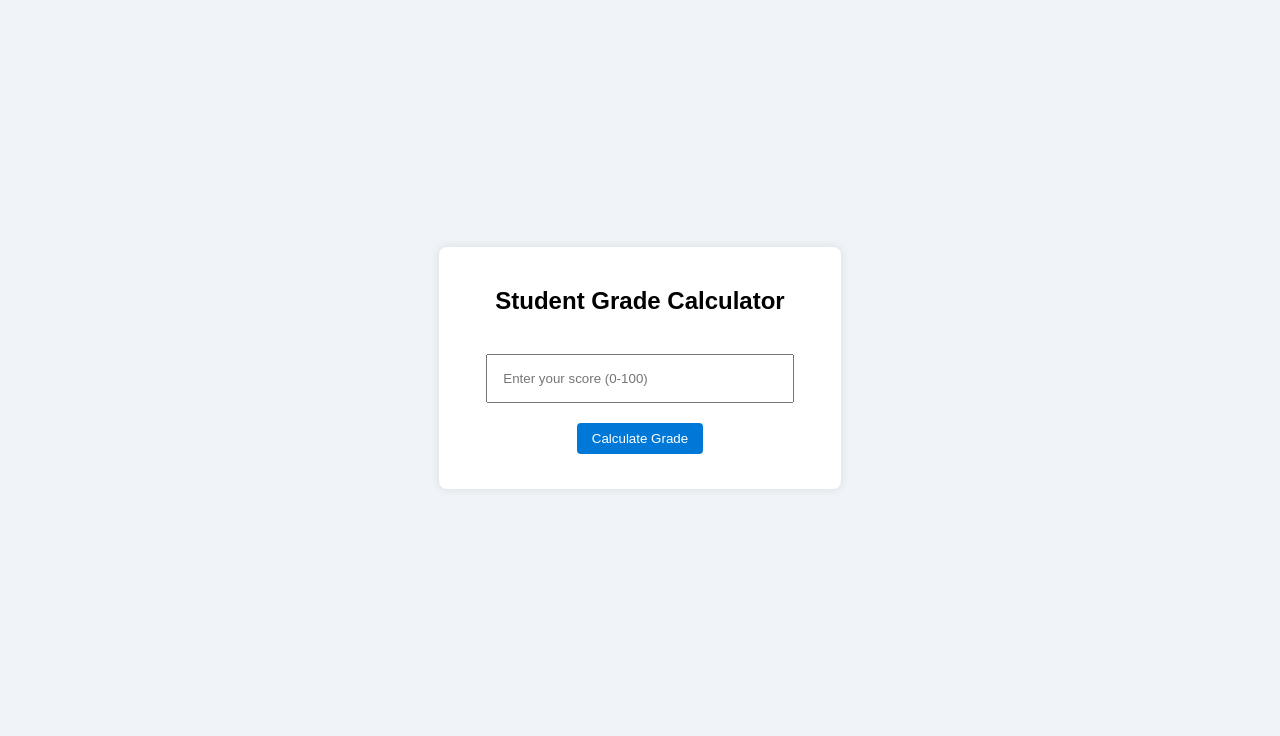
Repository: moshi704/web-dev-labs--group-1
Page: Week 5/Index.html
The author's editor kept a copy of each file at every save. The page is drawn from the files as they stood at one save, then again after the next save.
The browser window is 1280 px wide. The pictures show the whole page.

Above is the page before, as saved 2026-06-23 17:28:58.

### Week 5/Index.html
<!DOCTYPE html>
<html lang="en">
<head>
  <meta charset="UTF-8">
  <meta name="viewport" content="width=device-width, initial-scale=1.0">
  <title>Student Grade Calculator</title>
  <link rel="stylesheet" href="style.css">
</head>
<body>

  <div class="container">
    <h2>Student Grade Calculator</h2>
    <input type="number" id="scoreInput" placeholder="Enter your score (0-100)">
    <button id="calcBtn">Calculate Grade</button>
    <div id="results"></div>
  </div>
  <script src="script.js"></script>
</body>
</html>

### Week 5/style.css
body {
  font-family: Arial, sans-serif;
  background-color: #f0f4f8;
  display: flex;
  justify-content: center;
  align-items: center;
  height: 100vh;
}

.container {
  background: #fff;
  padding: 20px 30px;
  border-radius: 8px;
  box-shadow: 0 0 10px rgba(0,0,0,0.1);
  text-align: center;
}

input {
  padding: 15px;
  margin: 20px 0;
  width: 80%;
}

button {
  padding: 8px 15px;
  background-color: #0078d7;
  color: white;
  border: none;
  border-radius: 4px;
  cursor: pointer;
}

button:hover {
  background-color: #005fa3;
}

#results {
  margin-top: 15px;
  font-weight: bold;
}

### Week 5/script.js
document.getElementById("calcBtn").addEventListener("click", function() {
  const scoreInput = document.getElementById("scoreInput");
  const results = document.getElementById("results");
  const score = Number(scoreInput.value);

  // Input validation
  if (isNaN(score) || score < 0 || score > 100) {
    results.textContent = " Please enter a valid score between 0 and 100.";
    results.style.color = "red";
    return;
  }

  // Grade calculation
  let grade;
  if (score >= 70) grade = "A";
  else if (score >= 60) grade = "B";
  else if (score >= 50) grade = "C";
  else if (score >= 40) grade = "D";
  else grade = "F";

  // Display result
  results.textContent = `Score: ${score} → Grade: ${grade}`;
  results.style.color = grade === "A" ? "green" : grade === "F" ? "red" : "black";

  // Reset input
  scoreInput.value = "";
});

After the next save:
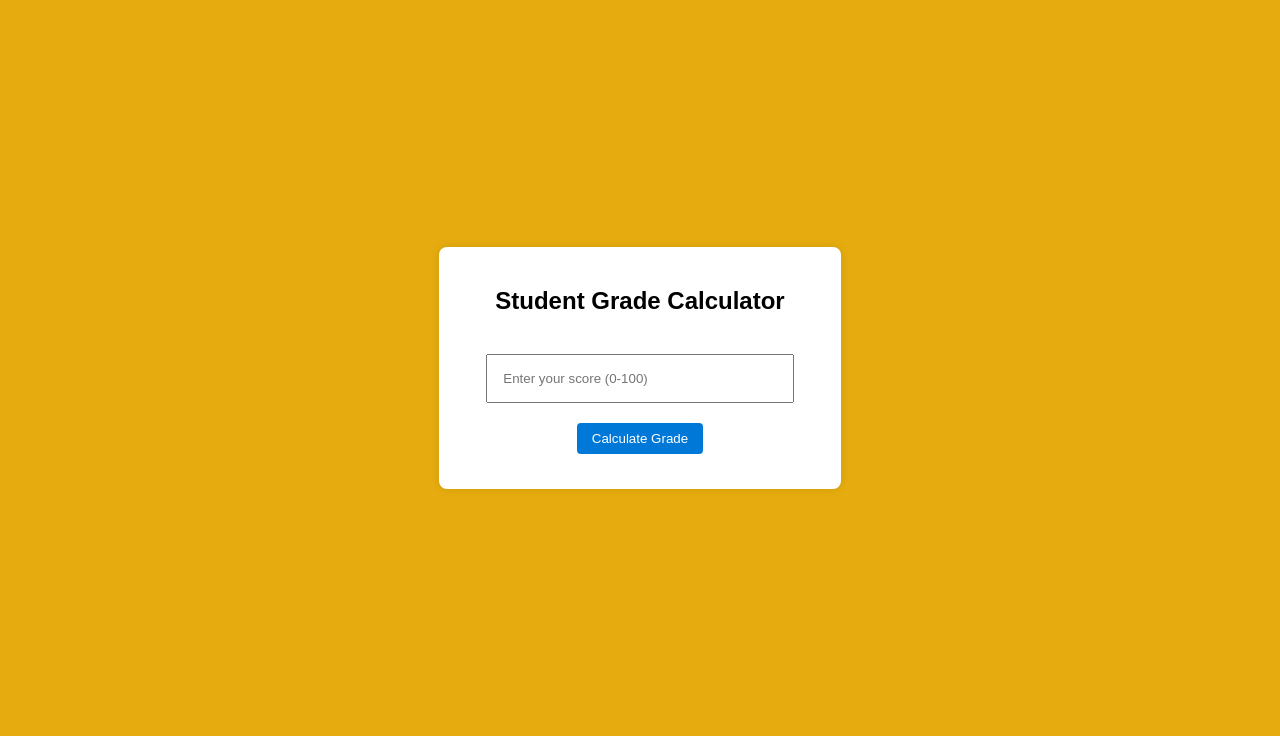
Saved 48 s later.
--- a/Week 5/style.css
+++ b/Week 5/style.css
@@ -1,6 +1,6 @@
 body {
   font-family: Arial, sans-serif;
-  background-color: #f0f4f8;
+  background-color: #e6ac0f;
   display: flex;
   justify-content: center;
   align-items: center;
